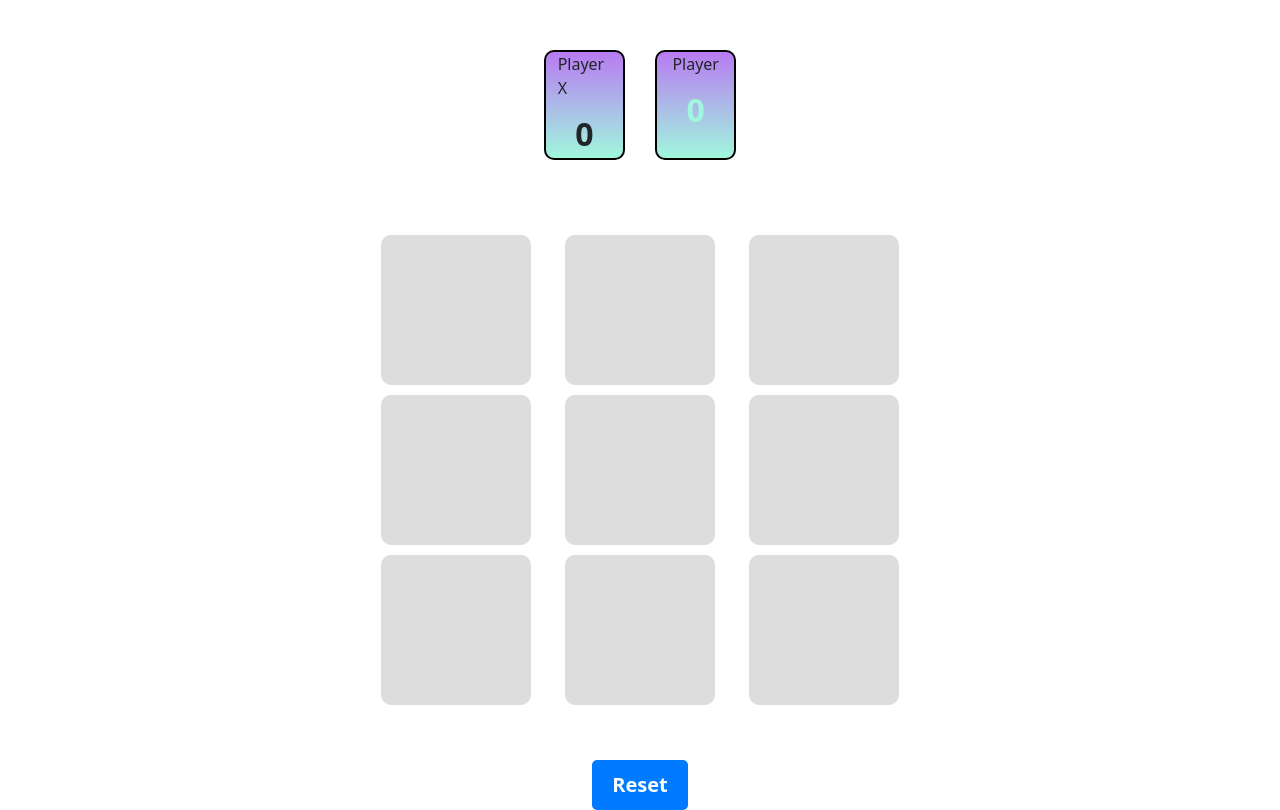
Repository: woodsdeshe/Tic-Tac-Toe
Page: index.html
An editor plug-in stored every save of this project. The page is shown before and after the next save, followed by the edit.
The browser window is 1280 px wide. The pictures show the whole page.

Above is the page before, as saved 2023-03-31 20:38:14.

### index.html
<!DOCTYPE html>
<html lang="en">
  <head>
    <meta charset="UTF-8" />
    <meta http-equiv="X-UA-Compatible" content="IE=edge" />
    <meta name="viewport" content="width=device-width, initial-scale=1.0" />
    <title>Tic Tac Toe | DeShe Woods</title>
    <link rel="stylesheet" href="styles.css" />
    <link
      href="https://cdn.jsdelivr.net/npm/bootstrap@5.3.0-alpha2/dist/css/bootstrap.min.css"
      rel="stylesheet"
      integrity="sha384-aFq/bzH65dt+w6FI2ooMVUpc+21e0SRygnTpmBvdBgSdnuTN7QbdgL+OapgHtvPp"
      crossorigin="anonymous"
    />
  </head>
  <body>
    <div class="container">
      <div class="row">
        <div class="col scoreboard scoreboard-left">
          <div>Player X</div>
          <div class="score-x">0</div>
        </div>
        <div class="col scoreboard scoreboard-right">
          <div>Player </div>
          <div class="score-o">0</div>
        </div>
      </div>
      <div class="message"></div>
      <div class="container game-board">
        <div class="row">
          <div class="col-4">
            <div class="tile square-1"></div>
          </div>
          <div class="col-4">
            <div class="tile square-2"></div>
          </div>
          <div class="col-4">
            <div class="tile square-3"></div>
          </div>
        </div>
        <div class="row">
          <div class="col-4">
            <div class="tile square-4"></div>
          </div>
          <div class="col-4">
            <div class="tile square-5"></div>
          </div>
          <div class="col-4">
            <div class="tile square-6"></div>
          </div>
        </div>
        <div class="row">
          <div class="col-4">
            <div class="tile square-7"></div>
          </div>
          <div class="col-4">
            <div class="tile square-8"></div>
          </div>
          <div class="col-4">
            <div class="tile square-9"></div>
          </div>
        </div>
      </div>
      </div>
      <div class="reset">
        <button class="reset-btn">Reset</button>
      </div>
    </div>
    <script
      src="https://cdn.jsdelivr.net/npm/bootstrap@5.3.0-alpha2/dist/js/bootstrap.bundle.min.js"
      integrity="sha384-qKXV1j0HvMUeCBQ+QVp7JcfGl760yU08IQ+GpUo5hlbpg51QRiuqHAJz8+BrxE/N"
      crossorigin="anonymous"
    ></script>
    <script src="script.js"></script>
  </body>
</html>

### styles.css
.container {
  display: flex;
  flex-direction: column;
  align-items: center;
  margin-top: 50px;
}

.scoreboard {
    display: flex;
    flex-direction: column;
    align-items: center;
    border: 2px solid black;
    border-radius: 10px;
    background: linear-gradient(rgb(184, 123, 241),  rgb(160, 247, 221));
}

.scoreboard-left {
    margin-right: 30px;
  }

.scoreboard-right {
  border-top-right-radius: 10px;
  border-bottom-right-radius: 10px;
}

.score-x{
    font-size: 48px;

}

.score-o {
    font-size: 48px;
  color: rgb(160, 247, 221);
}

.score-x,
.score-o {
  font-size: 2em;
  font-weight: bold;
  margin-top: 10px;
}

.message {
    font-size: 2em;
    margin-bottom: 20px;
  }

  .game-board {
    display: flex;
    justify-content: center;
  }

  .tile {
    width: 150px;
    height: 150px;
    background-color: #ddd;
    margin: 5px;
    border-radius: 10px;
    display: flex;
    justify-content: center;
    align-items: center;
    font-size: 50px;
    font-weight: bold;
    cursor: pointer;
  }

  .reset {
    text-align: center;
    margin-top: 50px;
  }


  .reset-btn {
    font-size: 20px;
    font-weight: bold;
    padding: 10px 20px;
    background-color: #007bff;
    color: white;
    border-radius: 5px;
    border: none;
    cursor: pointer;
  }

@media (max-width: 767px) {
  .scoreboard {
    margin-bottom: 20px;
  }
}

### script.js
// Variables that access the squares, reset button, scoreboards , and messaging for the game that will stay constant
const gameBoard = document.querySelector(".game-board");
const resetBtn = document.querySelector(".reset-btn");
const scoreboardX = document.querySelector(".score-x");
const scoreboardO = document.querySelector(".score-o");
const message = document.querySelector(".message");
const tile = document.querySelectorAll(".tile");

// Variables that access the current player, game over, X and O scores that will change based on conditions of the game
let currentPlayer = "X";
let gameOver = false;
let xScore = 0;
let oScore = 0;

// This event listener will check to see if the tiles are empty and will fill them with the symbol of the current player

gameBoard.addEventListener("click", (event) => {
  event.preventDefault();

  //This if statement checks to see if the game is over before allowing the players to continue playing. If gameOver is true, then the board becomes unclickable
  if (gameOver) {
    return;
  }

  // This variable will hold the square that gets clicked using the .target property
  const square = event.target;

  // Checks to see if the square contains a class of tile and the square is empty. If it's empty then the square will contain a symbol and alternate the symbol according to the current player
  if (square.classList.contains("tile") && square.textContent === "") {
    square.textContent = currentPlayer;

    //Updates the message variable to show who's turn it is on the screen
    message.textContent = `It's ${currentPlayer} turn`;

    currentPlayer = currentPlayer === "X" ? "O" : "X";
  }

  //Calls the checkForWinner function after each turn to see if a player has won
  checkForWinner();
});

// Check to see if the tiles contain a winning play of a specific player
function currentPlay(plays, player) {
  // The .every method checks through every tile within the player array that checks to see if they contain the current players symbol with a boolean "true" or "false"
  return plays.every((tile) => {
    tileElement = document.querySelector(`.square-${tile}`);
    return tileElement.textContent === player;
  });
}

// This function will check to see which player has the winning set after each move
function checkForWinner() {
  // Nested arrays that show all the winning plays that are needed to win
  const winningPlays = [
    [1, 2, 3],
    [4, 5, 6],
    [7, 8, 9],
    [1, 4, 7],
    [2, 5, 8],
    [3, 6, 9],
    [1, 5, 9],
    [3, 5, 7],
  ];

  // Loops through each array within "winingPlays" and stores the values in the variable "plays"
  for (let i = 0; i < winningPlays.length; i++) {
    const plays = winningPlays[i];

    // Create if/else conditions that will check to see if the current player has a winning play thats in 'winningPlays', if no one wins, it calls the "itsATie" function to alert the players that the game is over and prevents the players from continuing to play using th endGame function"
    if (currentPlay(plays, "X")) {
      xScore++;
      scoreboardX.textContent = xScore;
      message.textContent = "Player X Wins!";
      gameOver = true;
      endGame();
    } else if (currentPlay(plays, "O")) {
      oScore++;
      scoreboardO.textContent = oScore;
      message.textContent = "Player O Wins!";
      gameOver = true;
      endGame();
    } else if (itsATie()) {
      message.textContent = "Game over! It's a tie!!!";
      gameOver = true;
      endGame();
    }
  }

  // This function iterates through all the tiles on the board and checks to see if the board is full. If there isn't any empty tiles left, it returns true.
  function itsATie() {
    for (let i = 0; i < tile.length; i++) {
      if (tile[i].textContent === "") {
        return false;
      }
    }
    return true;
  }

  // This function iterates through all the tiles in the game and removes the gameBoard listener so that the board is no longer clickable when the game is over
  function endGame() {
    for (let i = 0; i < tile.length; i++) {
      tile[i].removeEventListener("click", handleClick);
    }
  }
}

//This function resets the game
function resetGame() {
  currentPlayer = "X";
  gameOver = false;
  message.textContent = `It's ${currentPlayer} turn`;
  scoreboardX.textContent = "0";
  scoreboardO.textContent = "0";
  xScore = 0;
  oScore = 0;


  // Clears the board by setting the text content of all tiles to an empty string
  tile.forEach((tile) => {
    tile.textContent = "";
  });

  // Add back the event listener to each tile so that they are clickable again
  tile.forEach((tile) => {
    tile.addEventListener("click", handleTileClick);
  });
}

resetBtn.addEventListener("click", () => {
  resetGame();
});

After the next save:
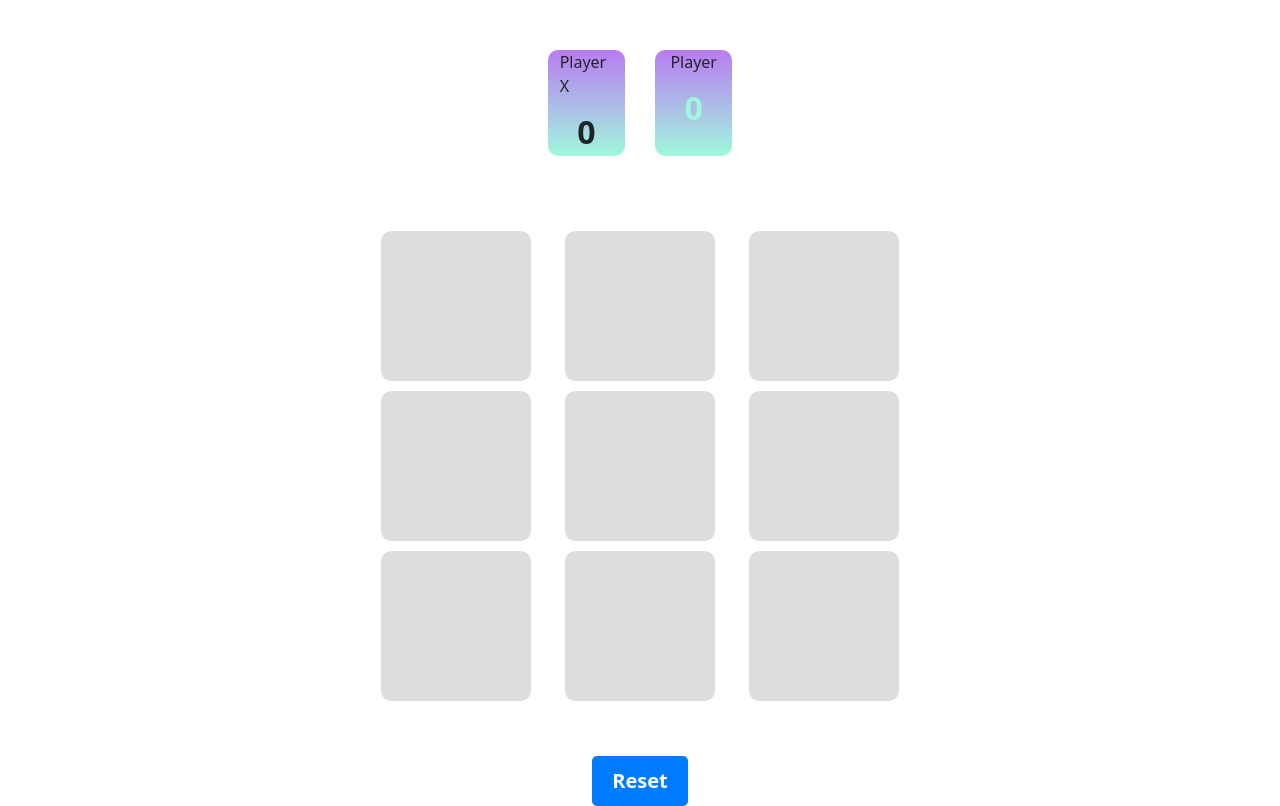
Saved 9 s later.
--- a/styles.css
+++ b/styles.css
@@ -9,7 +9,7 @@
     display: flex;
     flex-direction: column;
     align-items: center;
-    border: 2px solid black;
+
     border-radius: 10px;
     background: linear-gradient(rgb(184, 123, 241),  rgb(160, 247, 221));
 }

After the 6 saves that followed:
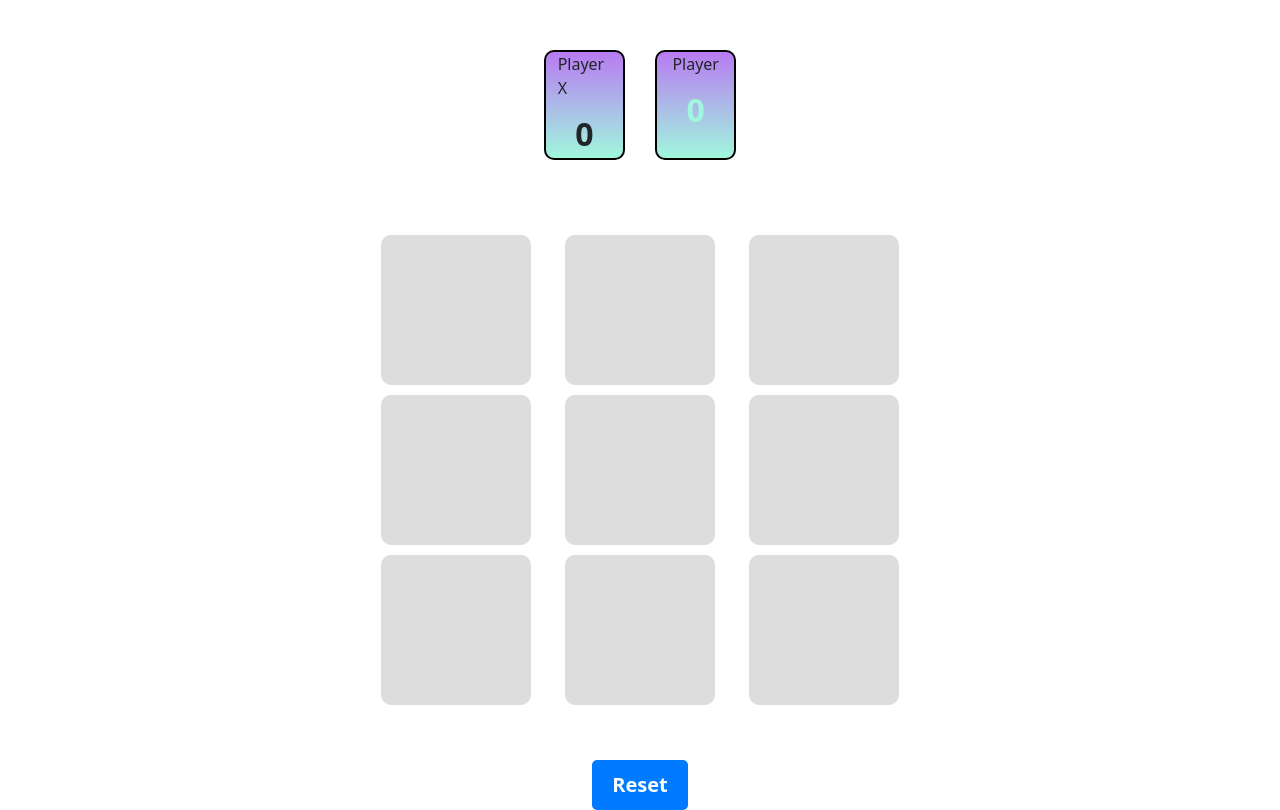
The 6 saves are shown as one change because 2 left the picture as it was and some came seconds apart.
The last was saved 38 s later.
--- a/styles.css
+++ b/styles.css
@@ -9,7 +9,7 @@
     display: flex;
     flex-direction: column;
     align-items: center;
-
+    border: 2px solid black;
     border-radius: 10px;
     background: linear-gradient(rgb(184, 123, 241),  rgb(160, 247, 221));
 }
